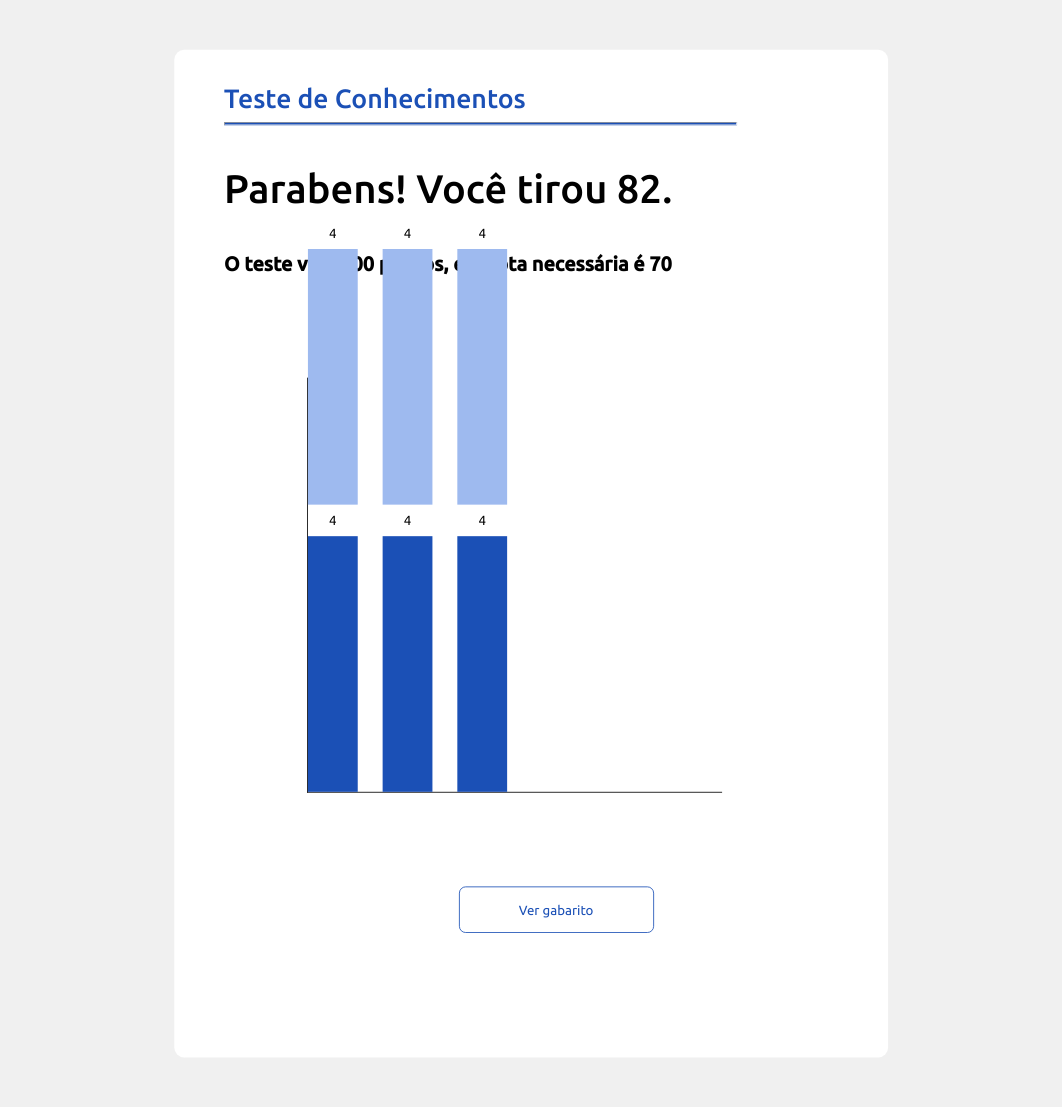
Repository: Delei09/desafioPerguntas
Page: /resultado (app in frontend/)
An editor plug-in stored every save of this project. The page is shown before and after the next save, followed by the edit.
The browser window is 1280 px wide. The pictures show the whole page, at 83% of full size.
The project was rebuilt for these pictures with package versions that can differ from the ones it lists, and the page was loaded fresh each time. A package was used in the major version that the imports need, not the one package.json lists. Also part of the build but not shown: frontend/src/styles/home.scss, frontend/src/page/Home.tsx, frontend/src/styles/gabarito.scss, frontend/src/page/Gabarito.tsx.

Above is the page before, as saved 2021-08-19 08:49:57.

### frontend/public/index.html
<!DOCTYPE html>
<html lang="Pt-Br">
  <head>
    <meta charset="utf-8" />
    <meta name="viewport" content="width=device-width, initial-scale=1" />
    <meta name="theme-color" content="#000000" />
    <link rel="preconnect" href="https://fonts.googleapis.com">
    <link rel="preconnect" href="https://fonts.gstatic.com" crossorigin>
    <link href="https://fonts.googleapis.com/css2?family=Ubuntu:wght@400;500&display=swap" rel="stylesheet">

    <title>Desafio Inatel</title>
  </head>
  <body>
    <noscript>You need to enable JavaScript to run this app.</noscript>
    <div id="root"></div>
  </body>
</html>

### frontend/src/index.tsx
import React from 'react';
import ReactDOM from 'react-dom';
import App from './App';
import './styles/global.scss'

ReactDOM.render(
  <React.StrictMode>
    <App />
  </React.StrictMode>,
  document.getElementById('root')
);

### frontend/src/App.tsx
import Rotas from './Rotas';
import ContextPerguntas  from './contexto/PerguntasContext';
import {BrowserRouter } from 'react-router-dom'


const perguntasMatematica= [  {
  pergunta: 'Quanto é 2 + 2?',
  options: [
    "1",
    "2",
    "4",
  ],
  resposta: "4",
  id: 'p1',
},{
  pergunta: 'Quanto é 2 x 2?',
  options: [
    "0",
    "1",
    "4",
  ],
  resposta: "4",
  id: 'p2',
},{
  pergunta: 'Quanto é 10 x 10?',
  options: [
    "0",
    "10",
    "100",
  ],
  resposta: "100",
  id: 'p3',
},{
  pergunta: 'Quanto é 10 - 10?',
  options: [
    "0",
    "10",
    "100",
  ],
  resposta: "0",
  id: 'p4',
}]

const perguntasHistoria= [  {
  pergunta: 'Na mitologia grega, Ares é considerado o deus da?',
  options: [
    "Morte",
    "Guerra",
    "Familia",
  ],
  resposta: "Guerra",
  id: 'p1',
},{
  pergunta: 'Como é chamada a Conjuração Baiana?',
  options: [
    "Revolta dos Alfaiates",
    "Guerra da Cisplatina",
    "Balaiada",
  ],
  resposta: "Revolta dos Alfaiates",
  id: 'p2',
},{
  pergunta: 'Uma das grandes descobertas do período Paleolítico foi?',
  options: [
    "O fogo",
    "A roda",
    "O sedentarismo",
  ],
  resposta: "O fogo",
  id: 'p3',
},{
  pergunta: 'Evento que marca o inicio da Idade Antiga?',
  options: [
    "A invenção da escrita",
    "A descoberta do fogo",
    "A invenção da roda",
  ],
  resposta: "A invenção da escrita",
  id: 'p4',
}]


const perguntasGeografia= [  {
  pergunta: 'Qual é a capital do Acre?',
  options: [
    "Rio Branco",
    "Rio de janeiro",
    "Palmas",
  ],
  resposta: "Rio Branco",
  id: 'p1',
},{
  pergunta: 'O Brasil é de qual continente?',
  options: [
    "America do norte",
    "America do sul",
    "Europa",
  ],
  resposta: "America do sul",
  id: 'p2',
},{
  pergunta: 'Qual a capital da Guatemala?',
  options: [
    "Guatemala",
    "Lisboa",
    "Madagascar",
  ],
  resposta: "Guatemala",
  id: 'p3',
},{
  pergunta: 'Quantos países tem a América?',
  options: [
    "37",
    "50",
    "23",
  ],
  resposta: "37",
  id: 'p4',
}]

function App() {


  return (
    <div className="App">
      <BrowserRouter>
        <ContextPerguntas.Provider  value = { {perguntasMatematica, perguntasHistoria, perguntasGeografia } } >
            <Rotas />
      </ContextPerguntas.Provider>
      </BrowserRouter>

    </div>
  );
}

export default App;

### frontend/src/styles/global.scss
*{
 margin:0;
 padding:0;
 box-sizing: border-box;
 text-decoration: none;
}
body{
 font-family: 'Ubuntu', sans-serif;
 background: #F0F0F0;

}
.App{
 padding-left: 60px ;
 padding-top: 40px;
 background: #FFFFFF;
 max-width: 860px;
 height: 100%;
 min-height: 500px;
 border-radius: 12px;
 margin:60px auto;
}


input[type='radio'] {
all: unset;
content: '';
position: relative;
padding:0px 5px;
background-color: white;
border: solid #222222 3px;
margin-right: 5px;

}
input[type='radio']:checked {
 content: 's';
 color: white;
background-origin: border-box;
 background-image: url('../img/backgroundRadio.png');
 background-position: center;
 background-repeat: space;
 background-size: 18px;


 }

### frontend/src/Rotas.tsx
import React from 'react';
import { useState } from 'react';
import Home from './page/Home';
import { Route, Switch  } from 'react-router-dom'
import Resultado from './page/Resultado';
import Gabarito from './page/Gabarito';
import ContextResposta from './contexto/RespostaContext';

type perguntaType =  {

    p1 : string,
    p2 : string,
    p3 : string,
    p4 : string

   }

const Rotas = () => {

 const [respMat, setRespMat] = useState<perguntaType>({} as perguntaType)
 const [respHis, setRespHis] = useState<perguntaType>({} as perguntaType)
 const [respGeo, setRespGeo] = useState<perguntaType>({} as perguntaType)
console.log(respGeo)
 return(

    <Switch>
        <ContextResposta.Provider value = {{ respMat , respHis , respGeo }} >
            <Route exact  path = '/'>
                <Home setMat = {setRespMat} setHis = {setRespHis}  setGeo = {setRespGeo} />
            </Route>
            <Route  path = '/resultado'>
                <Resultado />
            </Route>
            <Route  path = '/gabarito'>
                <Gabarito />
            </Route>
      </ContextResposta.Provider>
  </Switch>

 )
} ;

export default Rotas;

### frontend/src/contexto/PerguntasContext.ts
import { createContext} from 'react'

type perguntaType =  {
 pergunta: string;
 options: string[];
 resposta: string;
 id: string;
}[]

type contextType = {
 perguntasHistoria : perguntaType,
 perguntasMatematica : perguntaType,
 perguntasGeografia : perguntaType,
}
const ContextPerguntas   = createContext<contextType>( {} as contextType)
export default ContextPerguntas

### frontend/src/page/Resultado.tsx
import React from 'react'
import ContainerMain from '../components/ContainerMain'
import Header from '../components/Header'
import '../styles/resultado.scss'
import  ContextResposta  from '../contexto/RespostaContext'
import { useContext } from 'react'
import ContextPerguntas from '../contexto/PerguntasContext'


const Resultado = () => {

const { respGeo, respHis, respMat} = useContext(ContextResposta)
const { perguntasGeografia, perguntasHistoria, } = useContext(ContextPerguntas)
console.log(respGeo, respHis, respMat)

const respGraficoMat = {
    width: '60px',
    'background-color': '#9EBAEF' ,
    height: '308px'
}
 return(
  <div className = 'divResultado'>
     <Header titulo = 'Teste de Conhecimentos' />
     <h2 className = 'h2Resultado'>Parabens! Você tirou 82.</h2>
     <ContainerMain titulo = 'O teste vale 100 pontos, e a nota necessária é 70'>
          <div className= 'divResultadoGrafico'>
              <div>
                    <div> <div className = 'graficoMat'></div>  4 </div>
                    <div> <div style = {respGraficoMat}  ></div>  4 </div>
              </div>
             <div>
                <div> <div className = 'graficoHis'></div>  4 </div>
                 <div> <div style = {respGraficoMat}  ></div>  4 </div>
             </div>
            <div>
                <div> <div className = 'graficoGeo'></div>  4 </div>
                 <div> <div style = {respGraficoMat}  ></div>  4 </div>
            </div>
          </div>

          <a href = '/gabarito' className= 'linkResultado'>Ver gabarito</a>
     </ContainerMain>

 </div>
 )
}

export default Resultado

### frontend/src/contexto/RespostaContext.ts
import { createContext} from 'react'

type perguntaType =  {

 p1 : string,
 p2 : string,
 p3 : string,
 p4 : string

}

type contextType = {
 respHis : perguntaType,
 respMat : perguntaType,
 respGeo : perguntaType,
}
const ContextResposta   = createContext<contextType>( {} as contextType)
export default ContextResposta

### frontend/src/components/Header.tsx
import React from 'react';
import '../styles/header.scss'


type headerType = {
 titulo: string;
}


const Header = (props : headerType) => {

 return(
  <header className="headerApp">
   {props.titulo}
   <hr className="headerLinha"/>
  </header>
 )
} ;

export default Header

### frontend/src/components/ContainerMain.tsx
import React from 'react';
import '../styles/containerMain.scss'

type mainType = {
 titulo : string
}


const Main: React.FC<mainType> = ({...props}) => {

 return(
  <section>
       <h2>{props.titulo}</h2>
       <div>
          {props.children}
       </div>

  </section>
 )
} ;

export  default Main;

### frontend/src/styles/resultado.scss
.divResultado{
  display: flex;
  flex-direction: column;
}
.divResultadoGrafico{
 border:solid  black 1px ;
 border-top: none;
 border-right: none;
 width: 500px;
 height: 500px;
 margin-top: 98px;
 margin-left: 100px;
 margin-bottom: 98px;
 display: flex;
 gap: 30px;

  div{
    gap:10px;
    display: flex;
    flex-direction: column-reverse;
    align-items: center;
  }
  .graficoMat{
    width: 60px;
    background-color: #1B50B6;
    height: 308px
 }
 .graficoGeo{
  width: 60px;
  background-color: #1B50B6;
  height: 308px
}
.graficoHis{
  width: 60px;
  background-color: #1B50B6;
  height: 308px
}

}
.linkResultado{
 color: #1B50B6;
 height: 56px;
 width: 235px;
 border-radius: 8px;
 border: 1px solid #1B50B6;
 display: flex;
 align-items: center;
 justify-content: center;
 align-self: center;
 margin-bottom: 150px;

}
.h2Resultado{
 margin-top: 48px ;
 font-family: Ubuntu;
font-size: 48px;
font-style: normal;
font-weight: 500;
line-height: 55px;
letter-spacing: 0em;
text-align: left;

}

### frontend/src/styles/header.scss
.headerApp{
 color: #1B50B6;
 font-size: 32px;
 font-style: normal;
 font-weight: 500;
 line-height: 37px;
 letter-spacing: 0em;
 text-align: left;
 width:100%;
 max-width: 618px;

 hr{
  margin-top:10px ;
  background: #1B50B6;
  height: 4px;
  width: 618px;
 }
}

### frontend/src/styles/containerMain.scss
section{
 display : flex;
 flex-direction: column;
 gap : 24px;

  >div{
   display : flex;
   flex-direction: column;
   gap : 15px;
   h4{
    margin-bottom: 15px;
   }
  }

 hr{
  background: #C4C4C4;
  height: 1px;
  max-width: 616px;
  margin-top: 22px;
 }
 h2{
  margin-top:51px
 }

}

.mainOpcao{
 display : flex;
 flex-direction: column;
 gap : 22px;
 input{
  margin-right: 5px;
 }
}

After the next save:
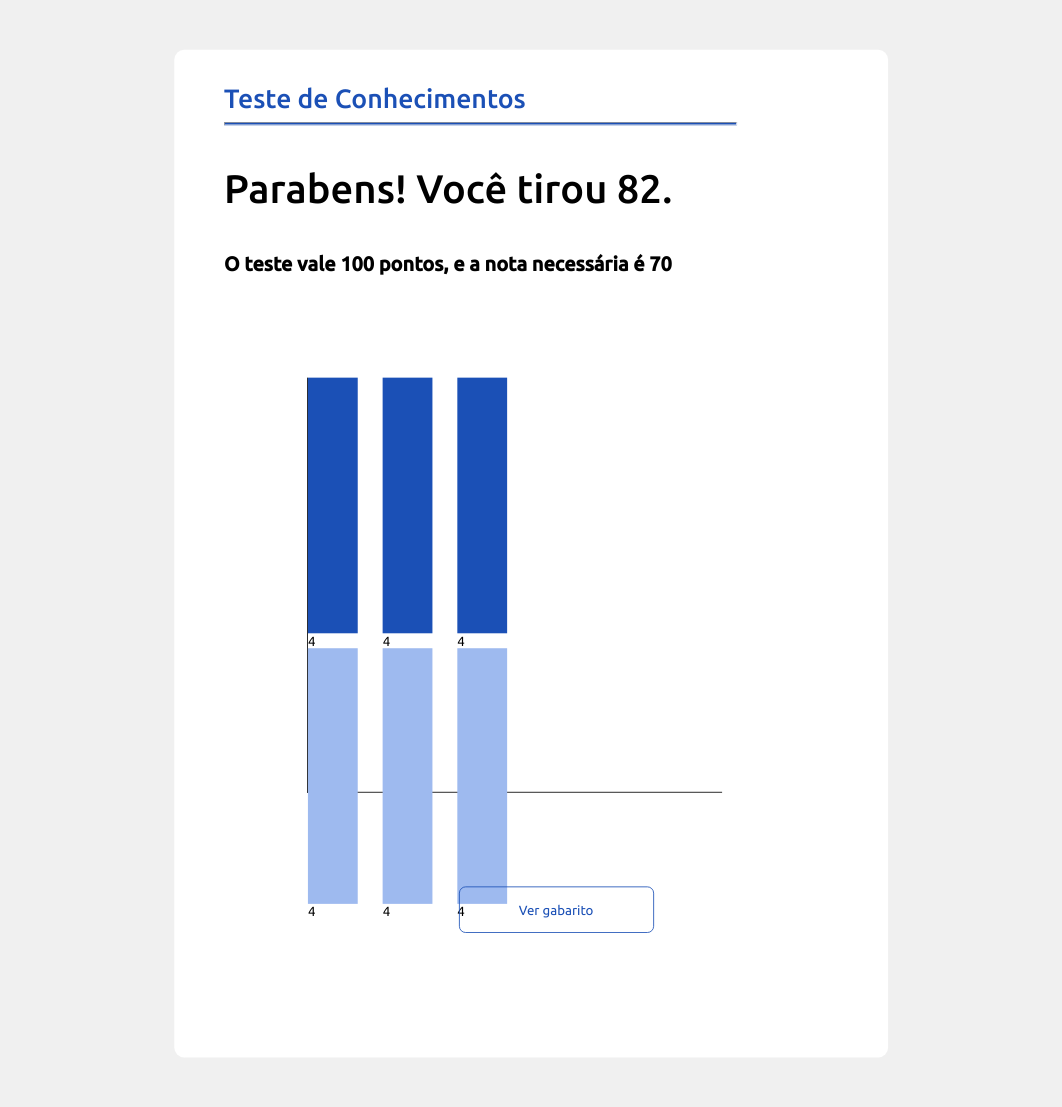
Saved 31 s later.
--- a/frontend/src/styles/resultado.scss
+++ b/frontend/src/styles/resultado.scss
@@ -14,7 +14,7 @@
  display: flex;
  gap: 30px;
 
-  div{
+  .divCont{
     gap:10px;
     display: flex;
     flex-direction: column-reverse;
